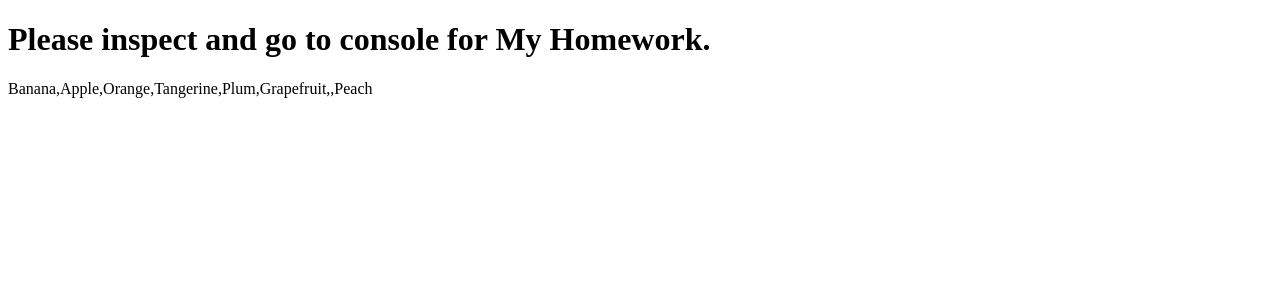
Repository: brightwhitesnow/brightwhitesnow.github.io
Page: Weba/lesson2/homeworkfiles/index.html
These files come from the project's save history. The page is drawn as it stood at one moment and after the next save; the edit follows.
The browser window is 1280 px wide. The pictures show the whole page.

Above is the page before, as saved 2021-04-18 10:19:03.

After the next save:
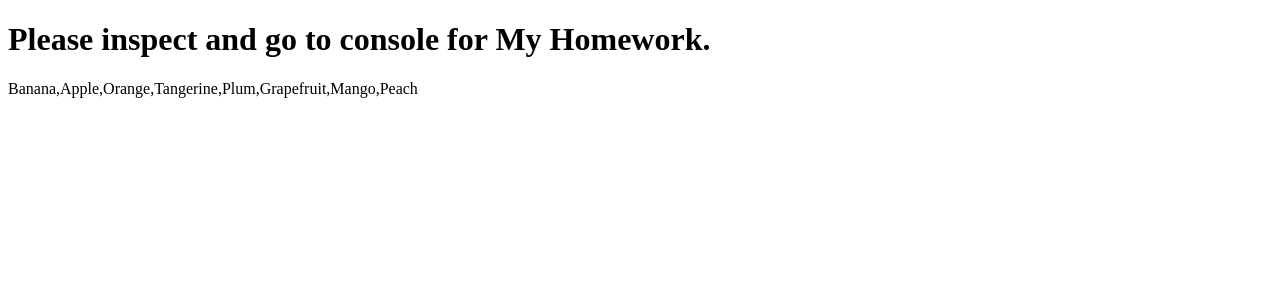
Saved 8 s later.
--- a/Weba/lesson2/homeworkfiles/script.js
+++ b/Weba/lesson2/homeworkfiles/script.js
@@ -132,6 +132,6 @@ let d = (y, z) => {
 
 
 
-var arr1 = ["Banana", "Apple", "Orange", "Tangerine", "Plum", "Grapefruit", ""];
+var arr1 = ["Banana", "Apple", "Orange", "Tangerine", "Plum", "Grapefruit", "Mango"];
 var myChildren = arr1.concat("Peach");
 document.getElementById("demo").innerHTML = myChildren;
